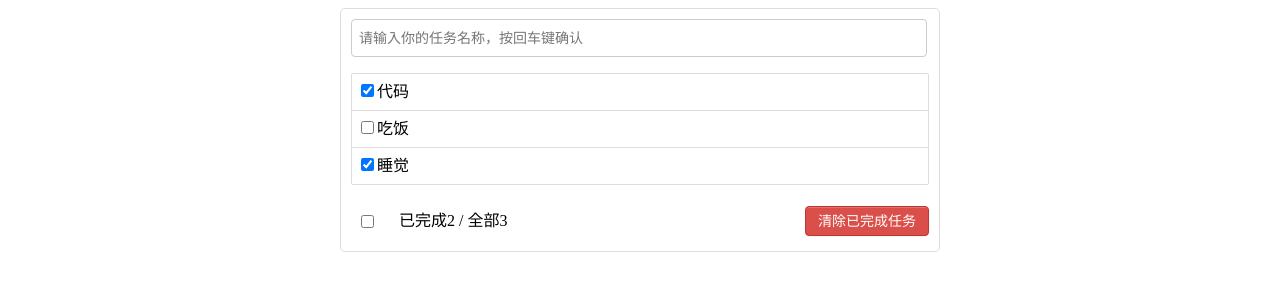
Repository: WAY-C/TodoListAPP
Page: / (app in todo_list/)
An editor plug-in stored every save of this project. The page is shown before and after the next save, followed by the edit.
The browser window is 1280 px wide. The pictures show the whole page.
The project was rebuilt for these pictures with package versions that can differ from the ones it lists, and the page was loaded fresh each time.

Above is the page before, as saved 2021-09-09 19:15:44.

After the next save:
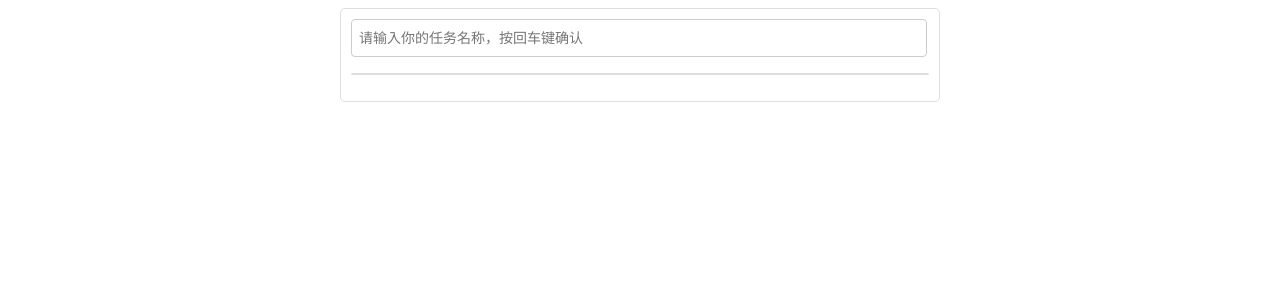
Saved 26 min 59 s later.
--- a/todo_list/src/App.vue
+++ b/todo_list/src/App.vue
@@ -28,11 +28,7 @@ export default {
   components: { TodoHeader, TodoList, TodoFooter },
   data() {
     return {
-      todos: [
-        { id: "001", title: "代码", done: true },
-        { id: "002", title: "吃饭", done: false },
-        { id: "003", title: "睡觉", done: true },
-      ],
+      todos: JSON.parse(localStorage.getItem(todos)) || [],
     };
   },
   methods: {
@@ -59,6 +55,14 @@ export default {
     // 点击footer中清除已选事件时删除相应todo
     clearAllTodo() {
       this.todos = this.todos.filter((todo) => !todo.done);
+    },
+  },
+  watch: {
+    todos: {
+      deep: true,
+      handler(value) {
+        localStorage.setItem("todos", JSON.stringify(this.todos));
+      },
     },
   },
 };
